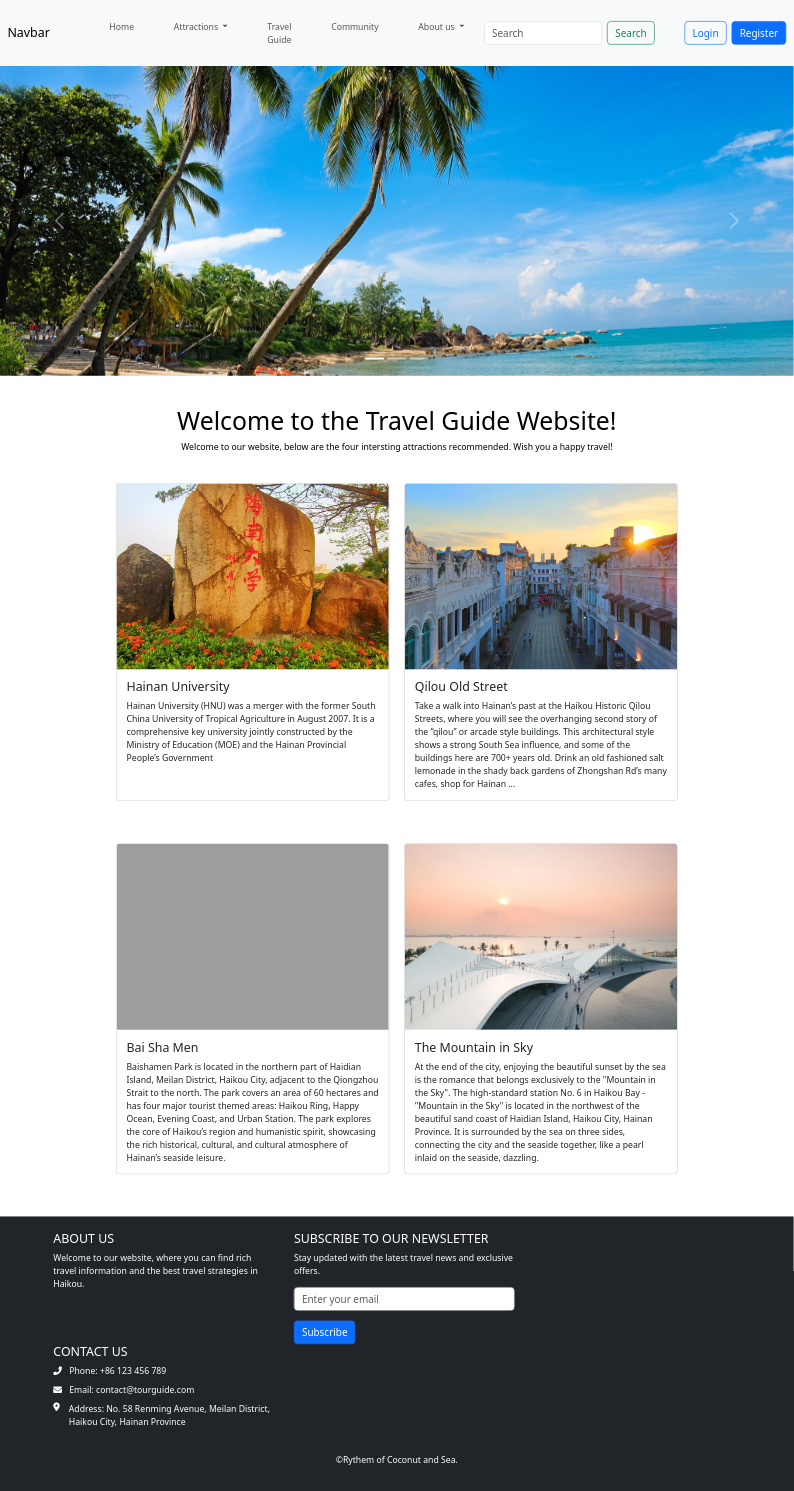
Repository: NIIT-RG6/web-project
Page: /
These files come from the project's save history. The page is drawn as it stood at one moment and after the next save; the edit follows.
The browser window is 1280 px wide. The pictures show the whole page, at 62% of full size.
Pictures or frames that could not be fetched are drawn as grey boxes. The project was rebuilt for these pictures with package versions that can differ from the ones it lists, and the page was loaded fresh each time. Also part of the build but not shown: vue.config.js, src/views/College.vue, src/views/Foods.vue, src/views/Park.vue, src/views/Sky.vue, src/views/Street.vue, src/views/StrategyHome.vue, src/views/StrategyBlog.vue and 6 more. Imported but missing from the stored project, and not drawn on this page: src/assets/js/vuetify.js.

Above is the page before, as saved 2024-10-25 03:43:02.

### src/main.js
import 'bootstrap/dist/css/bootstrap.min.css';
import 'bootstrap/dist/js/bootstrap.bundle.min.js';
import "element-plus/dist/index.css";
import '@fortawesome/fontawesome-free/css/all.css';

import * as ElementPlusIconsVue from "@element-plus/icons-vue";

import { createApp } from 'vue';
import App from './App.vue';
import router from './router';
//import vuetify from '../src/assets/js/vuetify'
import ElementPlus from "element-plus";



//import '../src/assets/js/vuetify'
import '@/assets/css/global.css'


createApp(App)
  .use(ElementPlus)
  .use(router)
  //.use(vuetify)
  .use((app) => {
    for (const [key, component] of Object.entries(ElementPlusIconsVue)) {
      app.component(key, component);
    }
  })
  .mount("#app");


// Vue.use(vuetify)
// Vue.config.productionTip = false
// new Vue({
//   vuetify,
//   router,
//   render: h => h(App)
// }).$mount('#app')

### src/App.vue
<template>
	<div id="app">
		<!-- 只有在当前路径不属于隐藏列表时才显示 NavBar -->
		<NavBar v-if="!shouldHideNavAndFooter" />

		<!-- 路由视图 -->
		<router-view />

		<!-- 只有在当前路径不属于隐藏列表时才显示 AppFooter -->
		<AppFooter v-if="!shouldHideNavAndFooter" />
	</div>
</template>

<script>
//import "./style.css";
import NavBar from './components/NavBar.vue';
import AppFooter from './components/AppFooter.vue';
import { computed } from 'vue';
import { useRoute } from 'vue-router';


export default {
	components: {
		NavBar,
		AppFooter
	},
	setup() {
		// 使用 useRoute 钩子获取当前路由
		const route = useRoute();

		// 定义需要隐藏 NavBar 和 AppFooter 的路径
		const hiddenRoutes = ['/login', '/register', '/forgot', '/about-us/contract', '/about-us/privacy'];

		// 判断当前路由路径是否在隐藏列表中
		const shouldHideNavAndFooter = computed(() => hiddenRoutes.includes(route.path));

		return {
			shouldHideNavAndFooter
		};
	}
};
</script>

<style scoped lang="less"></style>

### src/router/index.js
import { createRouter, createWebHistory } from 'vue-router';

// import vue from 'vue';
// import VueRouter from 'vue-router';

// Vue.use(VueRouter);
//Static import
import HomePage from '../views/HomePage.vue';
import College from '@/views/College.vue';
import Foods from '@/views/Foods.vue';
import Park from '@/views/Park.vue';
import Sky from '@/views/Sky.vue';
import Street from '@/views/Street.vue';
import StrategyHome from '../views/StrategyHome.vue';
import StrategyBlog from '../views/StrategyBlog.vue';
import InteractiveCommunity from '../views/InteractiveCommunity.vue';

// Dynamic import(lazy loading)
const LoginPage = () => import('@/views/LoginPage.vue');
const RegisterPage = () => import('@/views/RegisterPage.vue');
const ForgotPassword = () => import('@/views/ForgotPassword.vue');
const ContractPage = () => import('@/views/ContractPage.vue');
const PrivacyPolicy = () => import('@/views/PrivacyPolicy.vue');
const TeamPage = () => import('@/views/TeamPage.vue');

const routes = [
  //Static routes
  { path: '/', name: 'HomePage', component: HomePage },
  { path: '/attractions/college', name: 'College', component: College },
  { path: '/attractions/foods', name: 'Foods', component: Foods },
  { path: '/attractions/park', name: 'Park', component: Park },
  { path: '/attractions/sky', name: 'Sky', component: Sky },
  { path: '/attractions/street', name: 'Street', component: Street },
  { path: '/guide', name: 'Strategy', component: StrategyHome },
  { path: '/guide/blog', name: 'Strategy/Blog', component: StrategyBlog },
  { path: "/community", name: "community", component: InteractiveCommunity },

  // Dynamic routes(lazy loading)
  { path: '/login', name: 'LoginPage', component: LoginPage },
  { path: '/register', name: 'RegisterPage', component: RegisterPage },
  { path: '/forgot', name: 'ForgotPassword', component: ForgotPassword },
  { path: '/about-us/contract', name: 'ContractPage', component: ContractPage },
  { path: '/about-us/privacy', name: 'PrivacyPolicy', component: PrivacyPolicy },
  { path: '/about-us/team', name: 'TeamPage', component: TeamPage },

  // {
  //   path: '/login',
  //   name: 'login',
  //   component: () => import('@/views/LoginPage.vue')
  // },
  // {
  //   path: '/register',
  //   name: 'register',
  //   component: () => import('@/views/RegisterPage.vue')
  // },
  // {
  //   path: '/forgot',
  //   name: 'forgot',
  //   component: () => import('@/views/ForgotPassword.vue')
  // },
  // {
  //   path: '/Contract',
  //   name: 'Contract',
  //   component: () => import('@/views/ContractPage.vue')
  // },
  // {
  //   path: '/Privacy',
  //   name: 'Privacy',
  //   component: () => import('@/views/PrivacyPolicy.vue')
  // },
  // {
  //   path: '/Team',
  //   name: 'Team',
  //   component: () => import('@/views/TeamPage.vue')
  // }
];

const router = createRouter({
  history: createWebHistory(process.env.BASE_URL),
  routes
});

export default router;

### src/assets/css/global.css
/* * {
    box-sizing: border-box;
} */
 body {
    color: #000;
    font-size: 14px;
    margin: 0;
    padding: 0;
 }

### src/components/NavBar.vue
<template>
  <nav class="navbar navbar-expand-lg bg-body-tertiary py-4">
    <div class="container-fluid">
      <a class="navbar-brand" href="#">Navbar</a>
      <button class="navbar-toggler" type="button" data-bs-toggle="collapse" data-bs-target="#navbarSupportedContent"
        aria-controls="navbarSupportedContent" aria-expanded="false" aria-label="Toggle navigation">
        <span class="navbar-toggler-icon"></span>
      </button>
      <div class="collapse navbar-collapse" id="navbarSupportedContent">
        <ul class="navbar-nav me-auto mb-2 mb-lg-0 mx-5">
          <li class="nav-item mx-4">
            <router-link to="/" class="nav-link">Home</router-link>
          </li>

          <!-- Attractions Dropdown -->
          <li class="nav-item dropdown mx-4">
            <a class="nav-link dropdown-toggle" href="#" role="button" data-bs-toggle="dropdown" aria-expanded="false">
              Attractions
            </a>
            <ul class="dropdown-menu">
              <li><router-link to="/attractions/college" class="dropdown-item">Hainan University</router-link></li>
              <li><router-link to="/attractions/park" class="dropdown-item">Baishamen Park</router-link></li>
              <li><router-link to="/attractions/sky" class="dropdown-item">The Sky Mountain</router-link></li>
              <li><router-link to="/attractions/street" class="dropdown-item">Qilou Street</router-link></li>
              <li><router-link to="/attractions/foods" class="dropdown-item">Haikou Foods</router-link></li>
            </ul>
          </li>

          <li class="nav-item mx-4">
            <router-link to="/guide" class="nav-link">Travel Guide</router-link>
          </li>

          <li class="nav-item mx-4">
            <router-link to="/community" class="nav-link">Community</router-link>
          </li>

          <!-- About Us Dropdown -->
          <li class="nav-item dropdown mx-4">
            <a class="nav-link dropdown-toggle" href="#" role="button" data-bs-toggle="dropdown" aria-expanded="false">
              About us
            </a>
            <ul class="dropdown-menu">
              <li><router-link to="/about-us/team" class="dropdown-item">Team</router-link></li>
              <li><router-link to="/about-us/contract" class="dropdown-item">Contract</router-link></li>
              <li><router-link to="/about-us/privacy" class="dropdown-item">Privacy</router-link></li>
            </ul>
          </li>
        </ul>

        <!-- Search Form -->
        <form class="d-flex mx-auto" role="search">
          <input class="form-control me-2" type="search" placeholder="Search" aria-label="Search">
          <button class="btn btn-outline-success" type="submit">Search</button>
        </form>

        <!-- Login and Register Buttons -->
        <router-link to="/login" class="btn btn-outline-primary ms-5">Login</router-link>
        <router-link to="/register" class="btn btn-primary ms-2">Register</router-link>
      </div>
    </div>
  </nav>
</template>

<script>
export default {
  name: 'NavBar'
}
</script>

### src/components/AppFooter.vue
<template>
    <footer class="footer bg-dark text-white py-4">
        <div class="container">
            <div class="row">
                <!-- About us -->
                <div class="col-md-4 mx-1">
                    <!-- <img :src="" alt=""> -->
                    <h5>ABOUT US</h5>
                    <p>Welcome to our website, where you can find rich travel information and the best travel strategies
                        in Haikou.</p>
                </div>

                <!-- Quick Links -->
                <div class="col-md-4 mx-1">
                    <h5>SUBSCRIBE TO OUR NEWSLETTER</h5>
                    <p>Stay updated with the latest travel news and exclusive offers.</p>
                    <form>
                        <div class="mb-3">
                            <input type="email" class="form-control" placeholder="Enter your email" />
                        </div>
                        <button type="submit" class="btn btn-primary">Subscribe</button>
                    </form>
                </div>


                <!-- NEWSLETTER SIGNUP -->
                <div class="col-md-4 mx-1">
                    <h5>CONTACT US</h5>
                    <ul class="list-unstyled contact-info">
                        <li>
                            <i class="fas fa-phone-alt"></i> Phone: +86 123 456 789
                        </li>
                        <li>
                            <i class="fas fa-envelope"></i> Email: contact@tourguide.com
                        </li>
                        <li class="address-item">
                            <i class="fas fa-map-marker-alt"></i> Address: No. 58 Renming Avenue, Meilan District,
                            Haikou City, Hainan Province
                        </li>
                    </ul>
                </div>
            </div>
            <div class="row mt-4">
                <div class="col text-center">
                    <p>&copy;Rythem of Coconut and Sea. </p>
                </div>
            </div>
        </div>
    </footer>
</template>

<script>
export default {
    name: 'AppFooter'
}
</script>

<style scoped>
.footer {
    background-color: #343a40;
    color: #ffffff;
    padding: 20px 0;
}

.contact-info li {
    margin-bottom: 10px;
}

.contact-info i {
    margin-right: 8px;
}

.footer a {
    color: #ffffff;
    transition: color 0.3s;
}

.footer a:hover {
    color: #dddddd;
}

.address-item {
    position: relative;
    padding-left: 25px;
}

.address-item i {
    position: absolute;
    left: 0;
    top: 0;
}

.address-item span {
    display: inline-block;
    margin-left: 25px;
}
</style>

### src/views/HomePage.vue
<template>
    <div class="homepage">
        <!-- carousel slide -->

        <div id="carouselExampleIndicators" class="carousel slide">
            <div class="carousel-indicators">
                <button type="button" data-bs-target="#carouselExampleIndicators" data-bs-slide-to="0" class="active"
                    aria-current="true" aria-label="Slide 1"></button>
                <button type="button" data-bs-target="#carouselExampleIndicators" data-bs-slide-to="1"
                    aria-label="Slide 2"></button>
                <button type="button" data-bs-target="#carouselExampleIndicators" data-bs-slide-to="2"
                    aria-label="Slide 3"></button>
            </div>
            <div class="carousel-inner">
                <div class="carousel-item active">
                    <img :src="firstImage" class="d-block w-100 custom-carousel-img" alt="..." />
                </div>
                <div class="carousel-item">
                    <img :src="secondImage" class="d-block w-100 custom-carousel-img" alt="..." />
                </div>
                <div class="carousel-item">
                    <img :src="thirdImage" class="d-block w-100 custom-carousel-img" alt="..." />
                </div>
            </div>
            <button class="carousel-control-prev" type="button" data-bs-target="#carouselExampleIndicators"
                data-bs-slide="prev">
                <span class="carousel-control-prev-icon" aria-hidden="true"></span>
                <span class="visually-hidden">Previous</span>
            </button>
            <button class="carousel-control-next" type="button" data-bs-target="#carouselExampleIndicators"
                data-bs-slide="next">
                <span class="carousel-control-next-icon" aria-hidden="true"></span>
                <span class="visually-hidden">Next</span>
            </button>
        </div>

        <!-- main content -->
        <div class="container mt-5">
            <h1 class="text-center">Welcome to the Travel Guide Website!</h1>
            <p class="text-center">{{ message }}</p>
        </div>

        <!-- card -->
        <div class="container row mt-5 mx-auto justify-content-center">
            <div class="col-md-5 mb-5 card-group" v-for="(attraction, index) in Attractions" :key="index">
                <div class="card">
                    <img :src="attraction.image" class="card-img-top custom-card-img" :alt="attraction.name">
                    <div class="card-body">
                        <h5 class="card-title">{{ attraction.name }}</h5>
                        <p class="card-text">{{ attraction.description }}</p>
                    </div>
                </div>
            </div>
        </div>
    </div>
</template>

<script>
export default {
    name: "HomePage",
    data() {
        return {
            message: "Welcome to our website, below are the four intersting attractions recommended. Wish you a happy travel!",
            firstImage: require('@/assets/images/Carousel1.jpg'),
            secondImage: require('@/assets/images/QiLou.webp'),
            thirdImage: require('@/assets/images/SkyMountain.png'),
            Attractions: [
                {
                    name: 'Hainan University',
                    description: 'Hainan University (HNU) was a merger with the former South China University of Tropical Agriculture in August 2007. It is a comprehensive key university jointly constructed by the Ministry of Education (MOE) and the Hainan Provincial People’s Government',
                    image: require('@/assets/images/HNU.jpg')
                },
                {
                    name: 'Qilou Old Street',
                    description: 'Take a walk into Hainan’s past at the Haikou Historic Qilou Streets, where you will see the overhanging second story of the “qilou” or arcade style buildings. This architectural style shows a strong South Sea influence, and some of the buildings here are 700+ years old. Drink an old fashioned salt lemonade in the shady back gardens of Zhongshan Rd’s many cafes, shop for Hainan ...',
                    image: require('@/assets/images/QiLou.webp')
                },
                {
                    name: 'Bai Sha Men',
                    description: 'Baishamen Park is located in the northern part of Haidian Island, Meilan District, Haikou City, adjacent to the Qiongzhou Strait to the north. The park covers an area of 60 hectares and has four major tourist themed areas: Haikou Ring, Happy Ocean, Evening Coast, and Urban Station. The park explores the core of Haikou’s region and humanistic spirit, showcasing the rich historical, cultural, and cultural atmosphere of Hainan’s seaside leisure.',
                    image: require('@/assets/images/BaiShaMen.png')
                },
                {
                    name: 'The Mountain in Sky',
                    description: 'At the end of the city, enjoying the beautiful sunset by the sea is the romance that belongs exclusively to the "Mountain in the Sky". The high-standard station No. 6 in Haikou Bay - "Mountain in the Sky" is located in the northwest of the beautiful sand coast of Haidian Island, Haikou City, Hainan Province. It is surrounded by the sea on three sides, connecting the city and the seaside together, like a pearl inlaid on the seaside, dazzling.',
                    image: require('@/assets/images/SkyMountain.png')
                }
            ]
        };
    }
};
</script>

<style scoped>
.custom-carousel-img {
    height: 500px;
    object-fit: cover;
}

.card {
    margin-bottom: 20px;
}

.custom-card-img {
    height: 300px;
    object-fit: cover;
}
</style>

Loaded but not shown: public/index.html (common file)

After the next save:
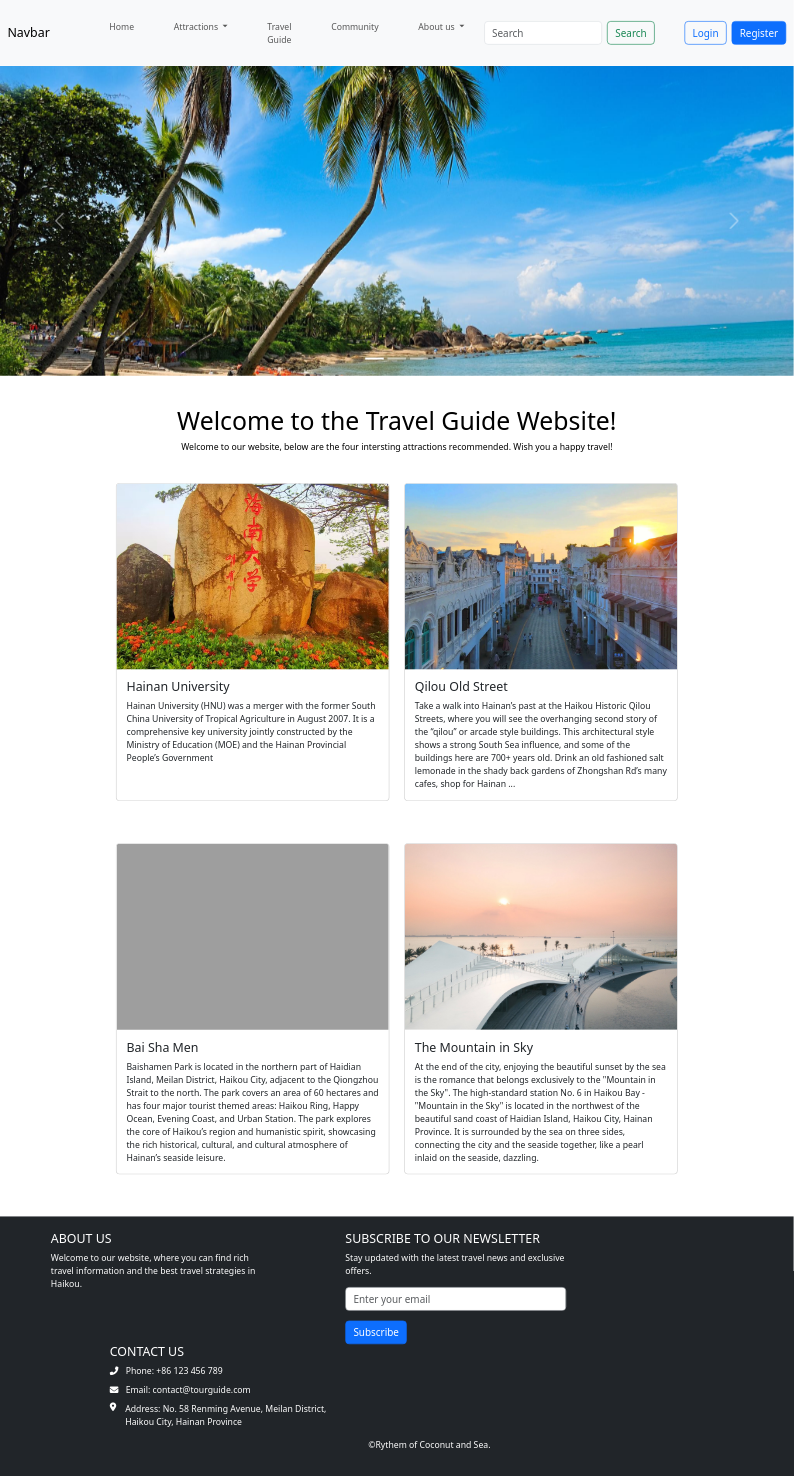
Saved 9 min 16 s later.
--- a/src/components/AppFooter.vue
+++ b/src/components/AppFooter.vue
@@ -3,7 +3,7 @@
         <div class="container">
             <div class="row">
                 <!-- About us -->
-                <div class="col-md-4 mx-1">
+                <div class="col-md-4 ">
                     <!-- <img :src="" alt=""> -->
                     <h5>ABOUT US</h5>
                     <p>Welcome to our website, where you can find rich travel information and the best travel strategies
@@ -11,7 +11,7 @@
                 </div>
 
                 <!-- Quick Links -->
-                <div class="col-md-4 mx-1">
+                <div class="col-md-4 offset-md-1">
                     <h5>SUBSCRIBE TO OUR NEWSLETTER</h5>
                     <p>Stay updated with the latest travel news and exclusive offers.</p>
                     <form>
@@ -24,7 +24,7 @@
 
 
                 <!-- NEWSLETTER SIGNUP -->
-                <div class="col-md-4 mx-1">
+                <div class="col-md-4 offset-md-1">
                     <h5>CONTACT US</h5>
                     <ul class="list-unstyled contact-info">
                         <li>
@@ -40,7 +40,7 @@
                     </ul>
                 </div>
             </div>
-            <div class="row mt-4">
+            <div class="row offset-md-1">
                 <div class="col text-center">
                     <p>&copy;Rythem of Coconut and Sea. </p>
                 </div>
